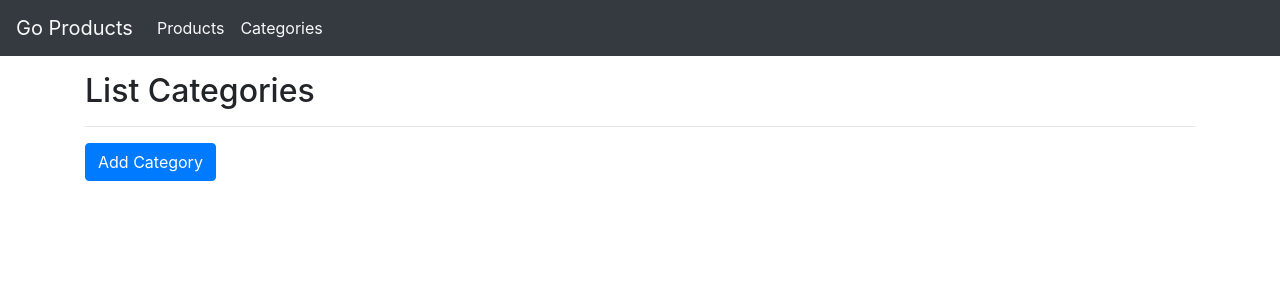
Repository: Nouthemoran/go-web-native-crud
Page: views/category/create.html
The author's editor kept a copy of each file at every save. The page is drawn from the files as they stood at one save, then again after the next save.
The browser window is 1280 px wide. The pictures show the whole page.

Above is the page before, as saved 2023-10-05 15:05:16.

After the next save:
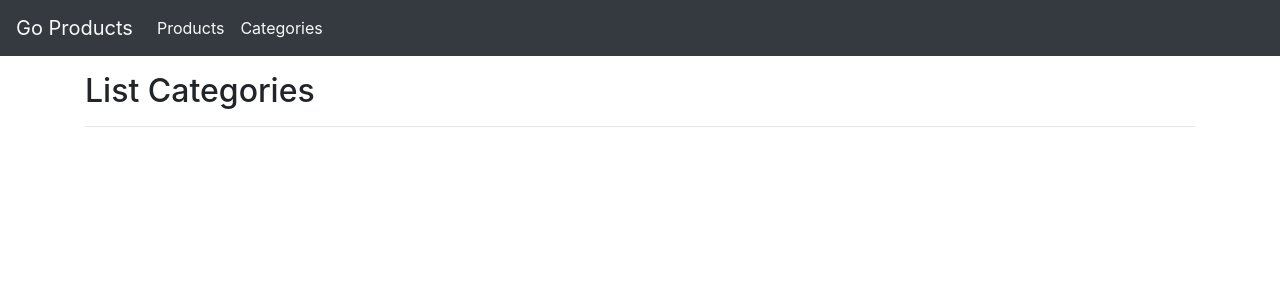
Saved 14 s later.
--- a/views/category/create.html
+++ b/views/category/create.html
@@ -33,7 +33,6 @@
     <div class="container mt-3">
         <h2>List Categories</h2>
         <hr>
-        <a href="/category/create" class="btn btn-primary">Add Category</a>
 
     </div>
 
